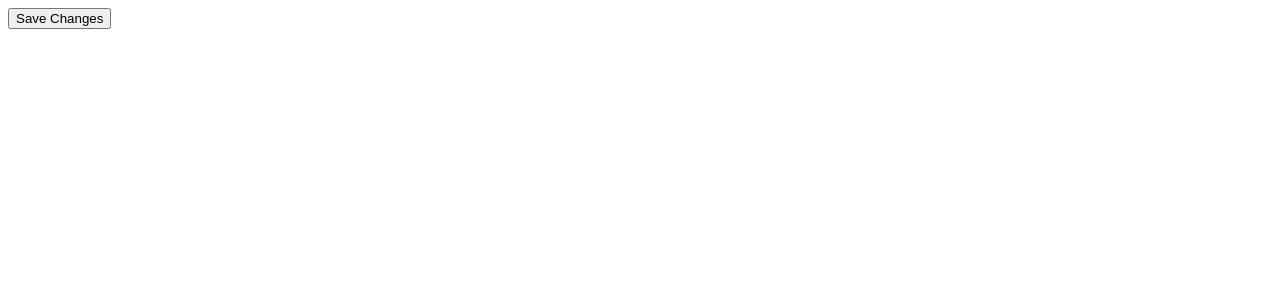
Repository: Leeminsu67/react-principle-study
Page: props.html
An editor plug-in stored every save of this project. The page is shown before and after the next save, followed by the edit.
The browser window is 1280 px wide. The pictures show the whole page.

Above is the page before, as saved 2024-08-01 19:35:42.

After the next save:
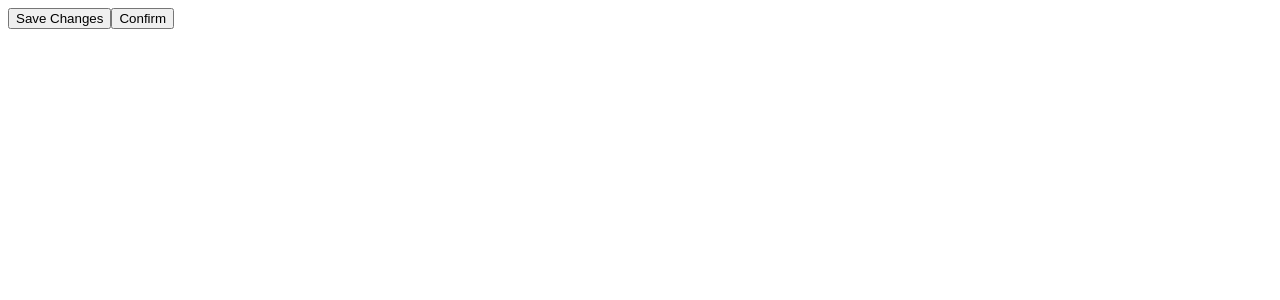
Saved 32 s later.
--- a/props.html
+++ b/props.html
@@ -10,11 +10,15 @@
     function SaveBtn() {
       return <button>Save Changes</button>;
     }
+    function ConfirmBtn() {
+      return <button>Confirm</button>;
+    }
     // App 컴포넌트
     const App = () => {
       return (
         <div>
           <SaveBtn />
+          <ConfirmBtn />
         </div>
       );
     };
